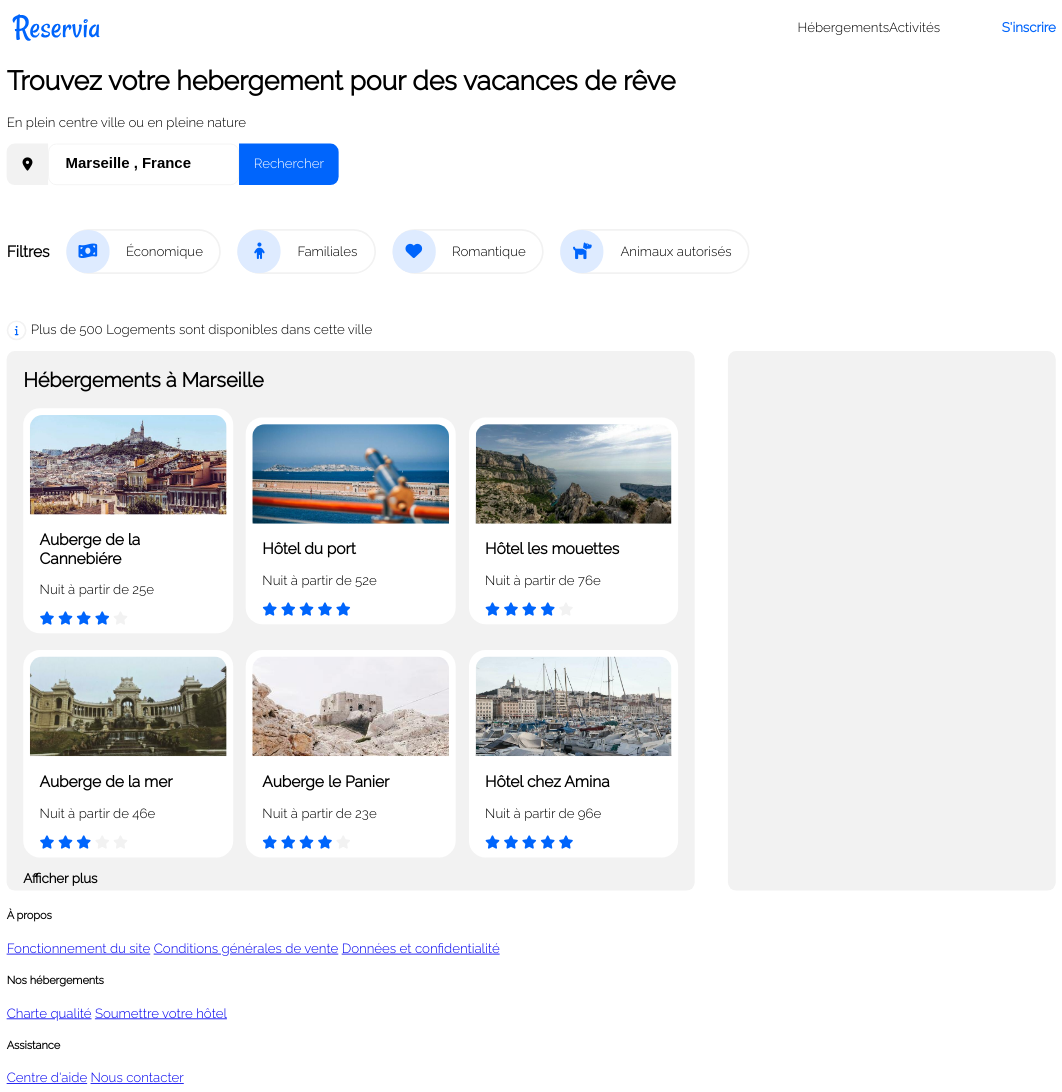
Repository: jaydeeonghub/DYLANBARBARISI_2_16062021
Page: index.html
These files come from the project's save history. The page is drawn as it stood at one moment and after the next save; the edit follows.
The browser window is 1280 px wide. The pictures show the whole page, at 83% of full size.
Some web libraries are served in a nearby version.

Above is the page before, as saved 2021-07-14 19:11:17.

After the next save:
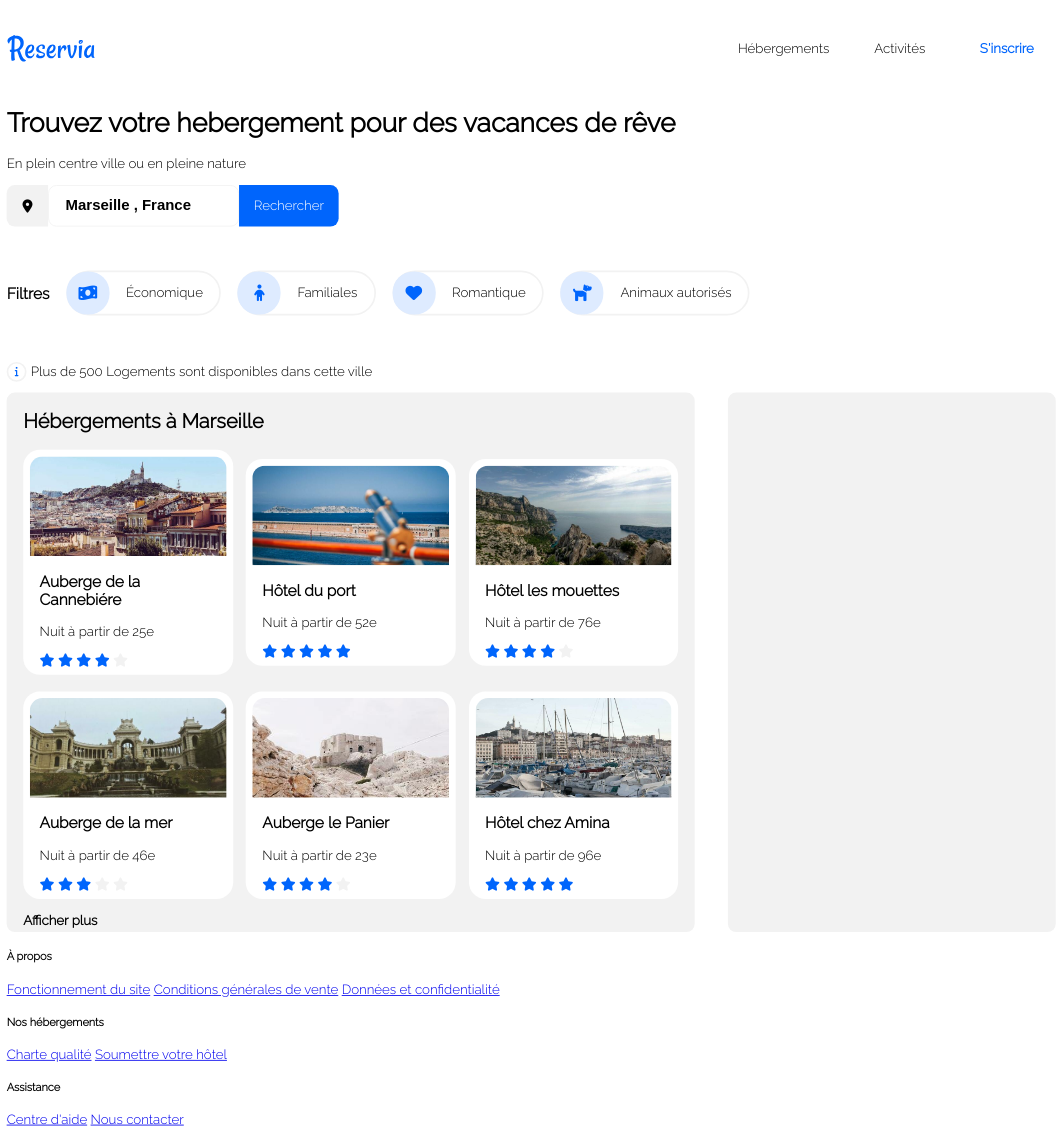
Saved 3 min 0 s later.
--- a/Styles.css
+++ b/Styles.css
@@ -71,13 +71,13 @@ body {
 .sizeNav {
   height: 100px;
 }
-.LiensNav {
+.sizeLiens {
     width: 45%;
 }
 .sizeLien12 {
   margin-left: 60%;
 }
-.LiensNav2 {
+.sizeLien {
     width: 140px;
     height: 99px;
 }
